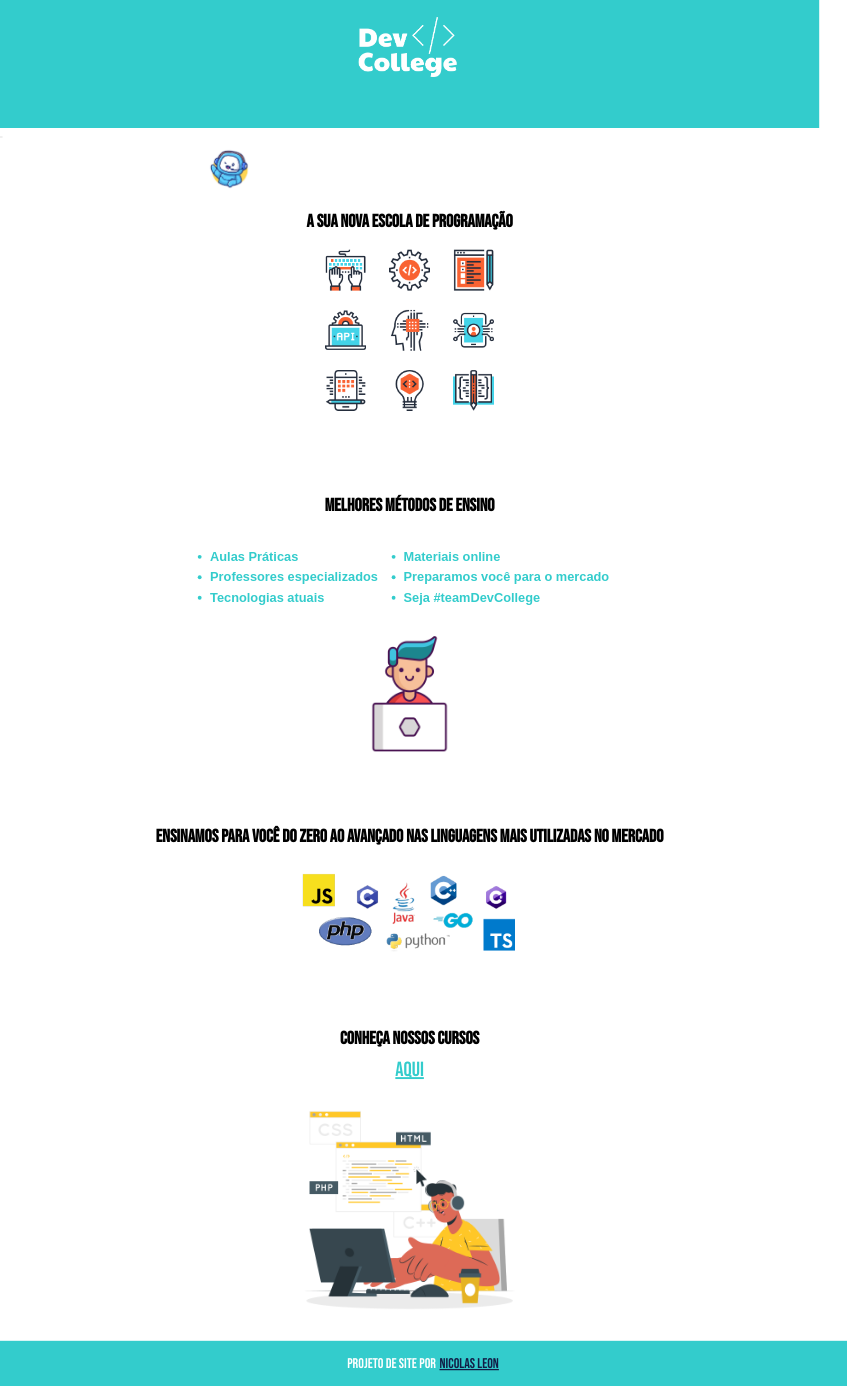
Repository: Leonngc/DEV-COLLEGE
Page: homepage/home.html
An editor plug-in stored every save of this project. The page is shown before and after the next save, followed by the edit.
The browser window is 1280 px wide. The page is 1324 px wide, then 1280 px, so the pictures cover 1324 px, including what lies to the right of the window. The pictures show the whole page, at 64% of full size.
Some icons come from a web library that is not loaded, so they are not drawn. Some web fonts or font styles are not loaded; a fallback is used.

Above is the page before, as saved 2023-02-25 18:32:41.

### homepage/home.html
<!DOCTYPE html>
<html lang="pt-br">
<head>
    <meta charset="UTF-8">
    <meta http-equiv="X-UA-Compatible" content="IE=edge">
    <meta name="viewport" content="width=device-width, initial-scale=1.0">
    <link rel="shortcut icon" href="../logos/DEV COLLEGE (2).png" type="image/x-icon">

    <link rel="stylesheet" href="home.css">
    <link rel="stylesheet" href="../menu/menu.css">
    <link rel='stylesheet' href='https://cdn-uicons.flaticon.com/uicons-regular-rounded/css/uicons-regular-rounded.css'>
    <script src="../menu/menu.js" defer></script>

    <title>Home</title>
</head>
<body>
    <header>
        <div id="logo-container"><img src="../logos/2.png" alt="" id="logo"></div>

        <button id="menu-button">
            <i class="fi fi-rr-menu-burger"></i></button>
        <menu>
            <ul id="links-menu">
                <li class="nav-link"><a href="">Cursos</a></li>
                <li class="nav-link"><a href="">Contatos</a></li>
                <li class="nav-link"><a href="">Equipe</a></li>
            </ul>
        </menu>
    </header>

    <main>
        <div id="chatbot-container">
            <button id="call-chatbot"><img src="../images/robot.png" alt="" id="robot-img"></button>
        </div>
        <section>
            <h2>A sua nova escola de programação</h2>
            <img src="../images/linguagens.png" alt="">
        </section>

        <section>
            <h2>Melhores métodos de ensino</h2>

            <div id="skills-container">
                <ul class="skills-course">
                    <li>Aulas Práticas</li>
                    <li>Professores especializados</li>
                    <li>Tecnologias atuais</li>
                </ul>
                <ul class="skills-course">
                    <li>Materiais online</li>
                    <li>Preparamos você para o mercado</li>
                    <li>Seja #teamDevCollege</li>
                </ul>
            </div>
            <div>
                <img src="../images/dev.png" alt="" id="dev-img">
            </div>
        </section>

        <section>
            <h2>Ensinamos para você do zero ao avançado nas linguagens mais utilizadas no mercado</h2>

            <div>
                <img src="../images/Linguagens-de-programacao-1.png" alt="" id="ling-img">
            </div>
        </section>

        <section>
            <h2>Conheça nossos cursos</h2>
            <a href="" id="nav-course">Aqui</a>
            <div>
                <img src="../images/programmer-cuate-3920.webp" alt="" id="programmer-img">
            </div>
        </section>
    </main>


    <footer>
        <p>Projeto de site por <a href="">Nicolas Leon</a></p>
    </footer>
</body>
</html>

### homepage/home.css
@import url("https://fonts.googleapis.com/css2?family= Paytone +One & display=swap");

@font-face {
  font-family: Bebas Neue;
  src: url(../fonts/BebasNeue-Regular.ttf);
}

:root {
  --paytone: "Paytone One", sans-serif;
  --dark-violet: #121d46;
  --pink: #ec518f;
}




* {
  padding: 0;
  margin: 0;
  border
}

body{
  overflow-x: hidden;
  width: 100vw;
  max-width: 100vw;
}

#logo{
  width: 10px;
}

header{
  background-color: var(--cyan);
  height: 200px;
  max-width: 100vw;
}

#logo-container{
text-align: center;
}

#logo{
margin-top: 20px;
width: 170px;
}

#menu-button{
background-color: #33cccc00;
border: none;
margin: 15px;
position: relative;
left: 410px;
bottom: 5px;
font-size: 42px;
color: white;

}


#links-menu{
display: none;
background-color: white;
position: absolute;
width: 100vw;
text-align: center;
height: 160px;
}

.nav-link{
padding: 10px;
list-style: none;
}

.nav-link > a{
text-decoration: none;
font-family: Bebas Neue, cursive;
font-size: 22px;
color: #121d46;
}



section > h2{
  font-family: Bebas Neue, cursive;
  font-size: 28px;
  padding: 12px;
}

section{
  margin-top: 100px;
  text-align: center;
  width: 100%;
}

section > img{
  width: 300px;
}

#nav-course{
  font-family: Bebas Neue;
  font-size: 32px;
  color: var(--cyan);
}

footer{
  text-align: center;
  background-color: var(--cyan);
  padding: 22px;
  color: white;
  font-family: Bebas Neue;
  font-size: 22px;
  width: 100vw;
}

footer > p > a{
  padding: 2px;
  color: #121d46;
}



#skills-container{
  display: flex;
  margin: auto;
  padding: 20px;
}

.skills-course{
  padding: 20px;
}

.skills-course > li{
  text-align: left;
  font-size: 20px;
  font-family: var(--paytone);
  font-weight: bold;
  color: var(--cyan);
  margin-bottom: 9px;
}

#dev-img{
  width: 180px;
}

#ling-img{
  margin-top: 25px;
  width: 350px;
}

#robot-img{
  left: 308px;
  width: 100px;
  position: fixed;
}

#programmer-img{
  width: 400px;
}

@media screen and (min-width: 800px){
  p{
    text-align: center;
  }

#skills-container{
  align-items: center;
  justify-content: center;
}

h2{
  font-size: 40px;
}
}

### menu/menu.css
@import url("https://fonts.googleapis.com/css2?family= Paytone +One & display=swap");

@font-face {
  font-family: Bebas Neue;
  src: url(../fonts/BebasNeue-Regular.ttf);
}

:root {
  --paytone: "Paytone One", sans-serif;
  --dark-violet: #121d46;
  --pink: #ec518f;
  --cyan:#33CCCC;
}

*{
    padding: 0;
    margin: 0;
}

header{
    background-color: var(--cyan);
    height: 200px;
    width: 100vw;
    max-width: 100vw;

}

#logo-container{
  text-align: center;
}

#logo{
  margin-top: 20px;
  width: 170px;
}

#menu-button{
  background-color: #33cccc00;
  border: none;
  margin: 15px;
  position: relative;
  left: 410px;
  bottom: 5px;
  font-size: 42px;
  color: white;

}


#links-menu{
  display: none;
  background-color: white;
  position: absolute;
  width: 100vw;
  text-align: center;
  height: 160px;
}

.nav-link{
  padding: 10px;
  list-style: none;
}

.nav-link > a{
  text-decoration: none;
  font-family: Bebas Neue, cursive;
  font-size: 22px;
  color: #121d46;
}

Loaded but not shown: menu/menu.js (no copy from this time; the picture is the same without it)

After the next save:
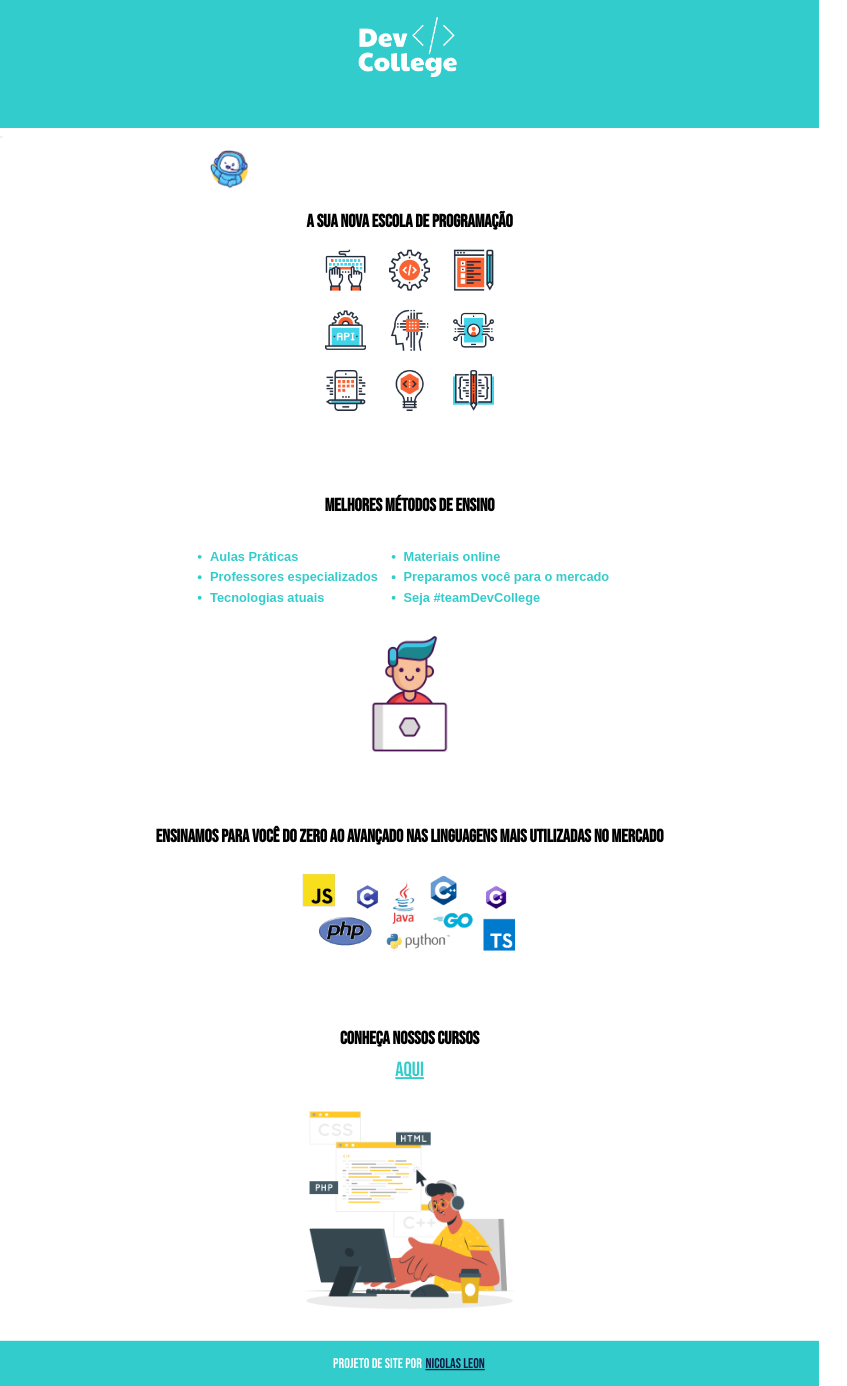
Saved 9 s later.
--- a/homepage/home.css
+++ b/homepage/home.css
@@ -17,7 +17,7 @@
 * {
   padding: 0;
   margin: 0;
-  border
+  box-sizing: border-box;
 }
 
 body{
